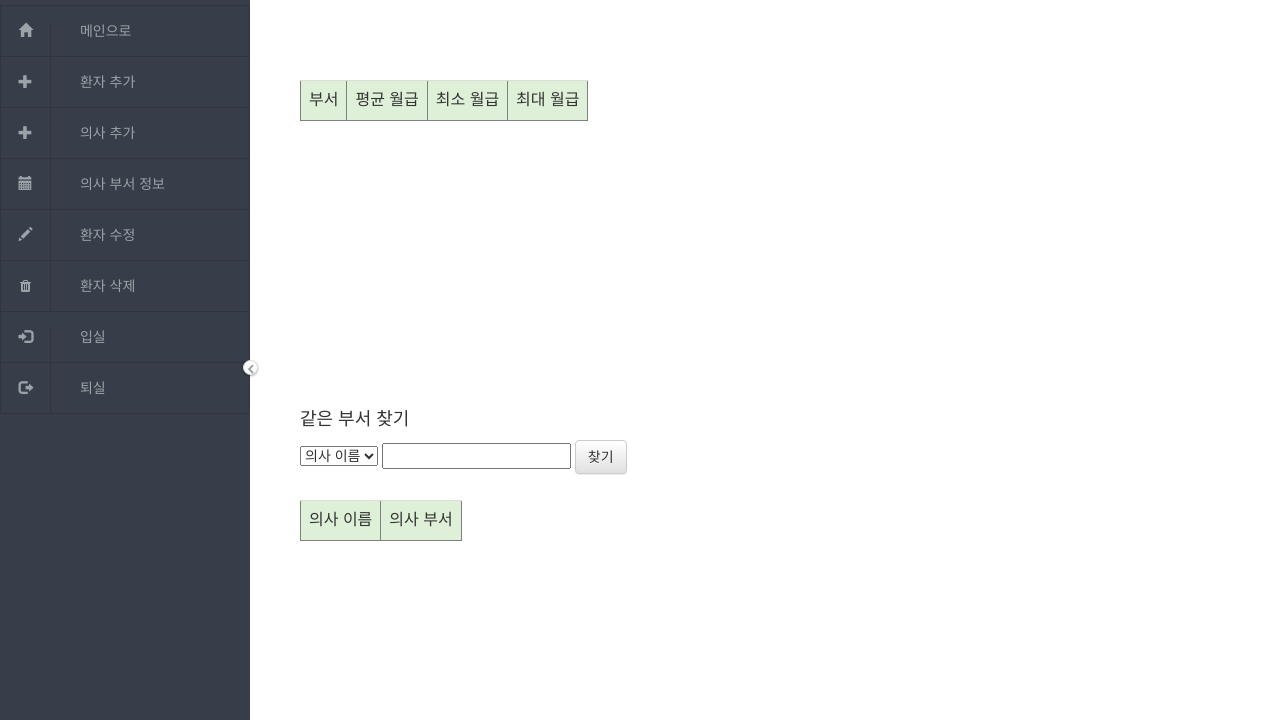
Repository: qaws1134/Hospital_manager
Page: http://localhost/project/D_clsif.jsp
The author's editor kept a copy of each file at every save. The page is drawn from the files as they stood at one save, then again after the next save.
The browser window is 1280 px wide. The pictures show the whole page.
Some web libraries are served in a nearby version. The page is served by Tomcat 9. The template is opened directly, without the code that normally fills it, so the values that code supplies are empty.

Above is the page before, as saved 2017-12-10 10:30:21.
Console error (its wording comes from the project's code and is left out).

After the next save:
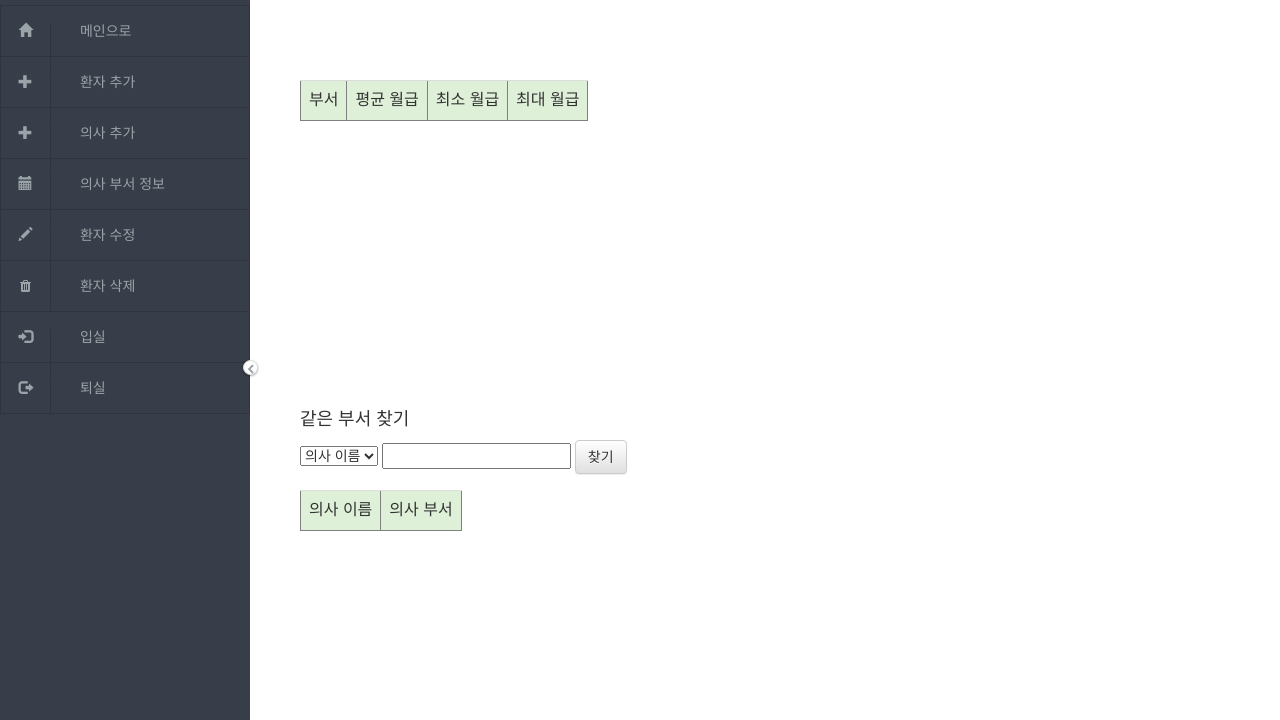
Saved 31 s later.
--- a/project/WebContent/D_clsif.jsp
+++ b/project/WebContent/D_clsif.jsp
@@ -236,7 +236,7 @@ nav ul li a span {
 </form>
 </section>
 
-<section style="position:absolute; top:500px;left:300px">
+<section style="position:absolute; top:490px;left:300px">
       <table border="1" class="table table-striped">
       	<tr class="success">
       		<td>의사 이름</td>
